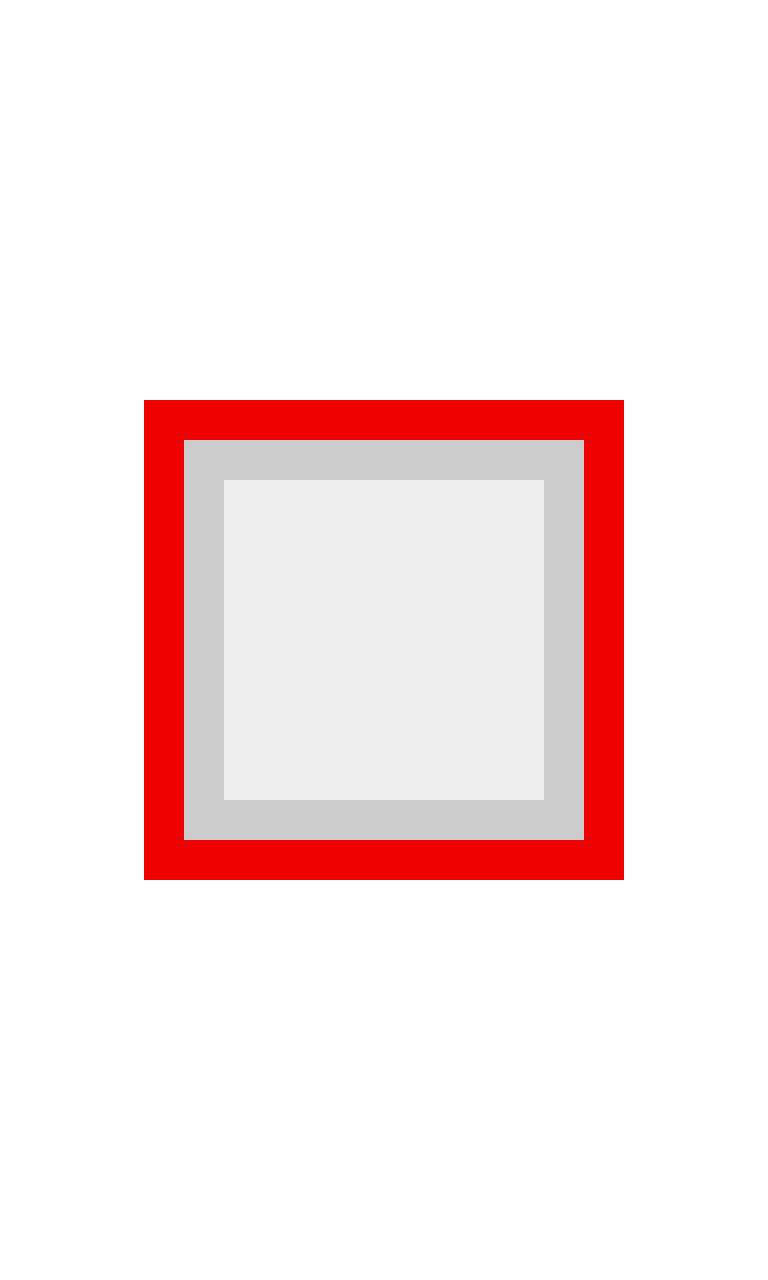
Repository: qwer2714856/Android_learn
Layout: frameLayout/res/layout/activity_main.xml
These files come from the project's save history. The layout is drawn as it stood at one moment and after the next save; the edit follows.
It is drawn on a 768 x 1280 px phone screen (xhdpi) without system bars, with theme AppTheme; the app's code is not run.

Above is the layout before, as saved 2015-09-30 06:11:55.

After the next save:
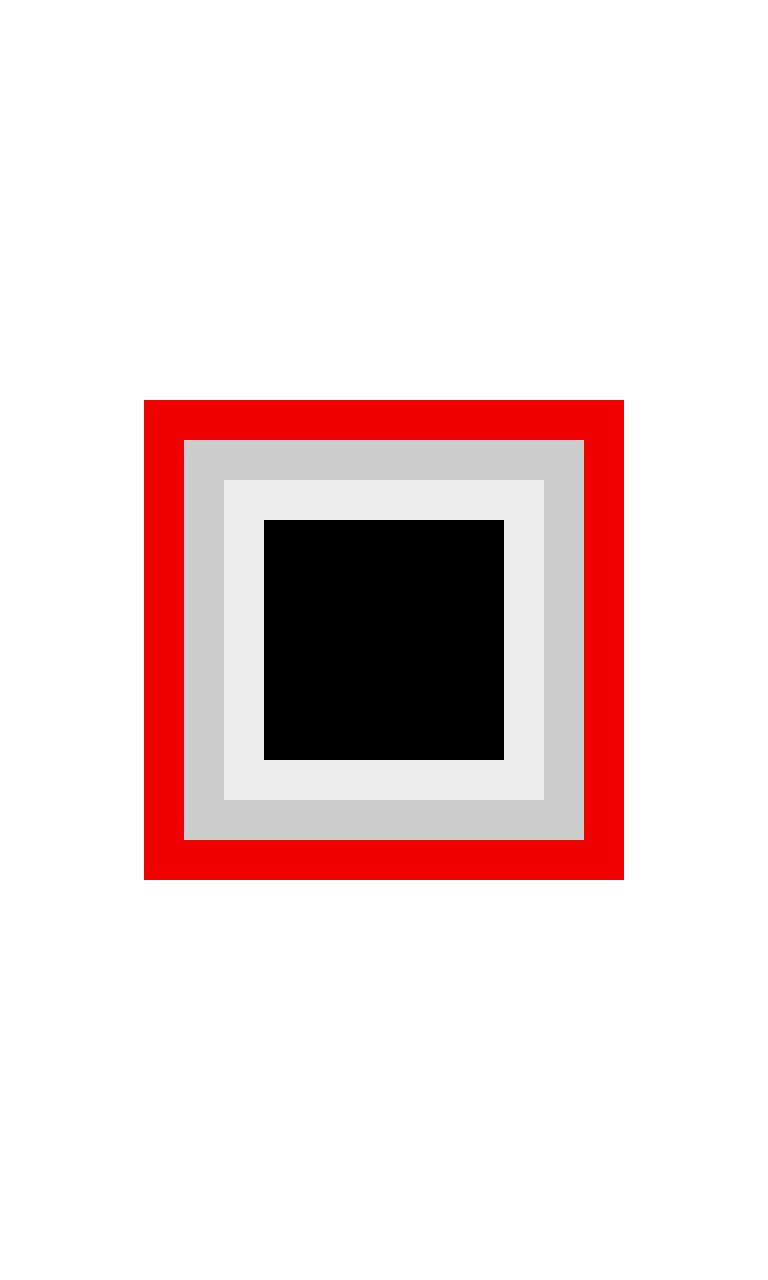
Saved 8 s later.
--- a/frameLayout/res/layout/activity_main.xml
+++ b/frameLayout/res/layout/activity_main.xml
@@ -23,9 +23,9 @@
         android:layout_gravity="center"
         />
     <TextView
-        android:layout_width="160dp"
-        android:layout_height="160dp"
-        android:background="#eeeeee"
+        android:layout_width="120dp"
+        android:layout_height="120dp"
+        android:background="#000000"
         android:layout_gravity="center"
         />
 
